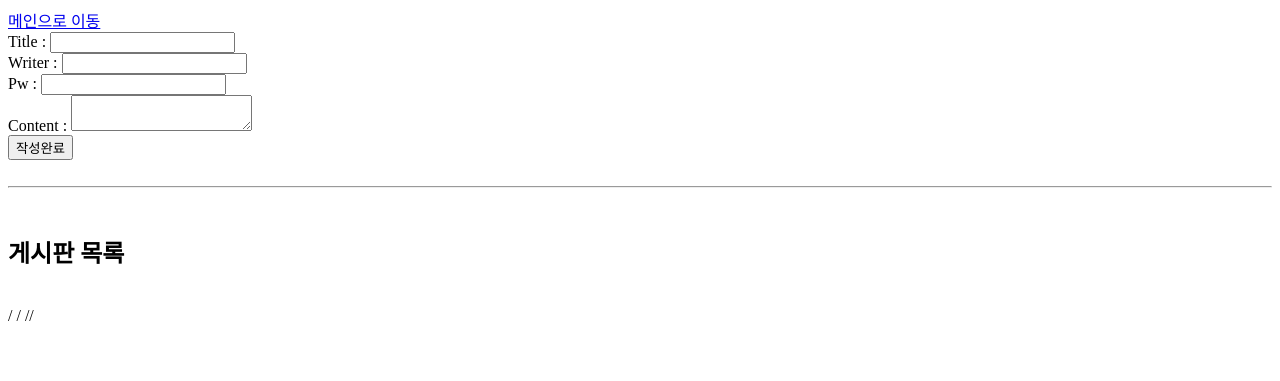
Repository: mmlyujin/Spring
Page: http://localhost/MVCHibernate/WEB-INF/views/board.jsp
These files come from the project's save history. The page is drawn as it stood at one moment and after the next save; the edit follows.
The browser window is 1280 px wide. The pictures show the whole page.
The page is served by Tomcat 9. Nobody is signed in. The template is opened directly, without the code that normally fills it, so the values that code supplies are empty.

Above is the page before, as saved 2022-10-31 03:13:33.

After the next save:
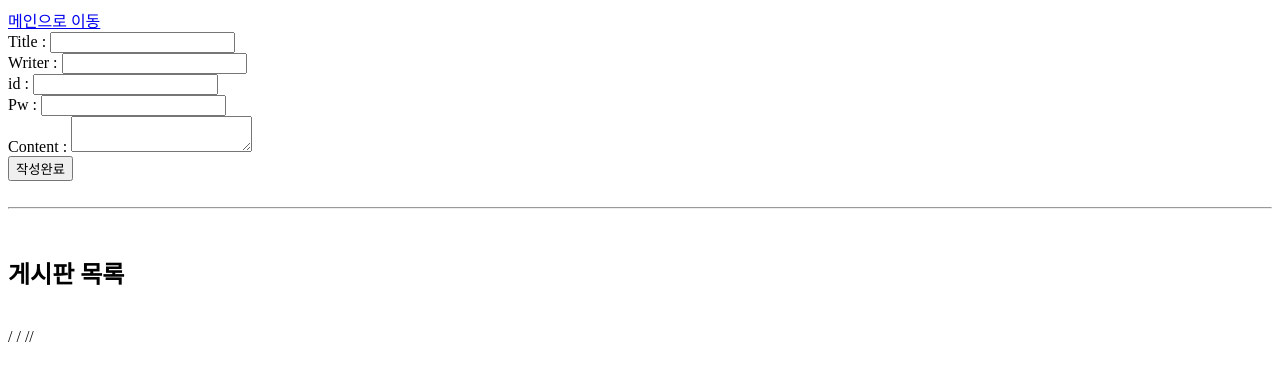
Saved 2 min 25 s later.
--- a/MVCHibernate/src/main/webapp/WEB-INF/views/board.jsp
+++ b/MVCHibernate/src/main/webapp/WEB-INF/views/board.jsp
@@ -11,6 +11,7 @@
 		<form action="insertData" method="post">
 		Title : <input type="text" name="title"><br>
 		Writer : <input type="text" name="writer"><br>
+		id : <input type="text" name="id"><br>
 		Pw : <input type="password" name="pw"><br>
 		Content : <textarea name="content"></textarea><br>
 		<input type="submit" value="작성완료">

After the save that followed:
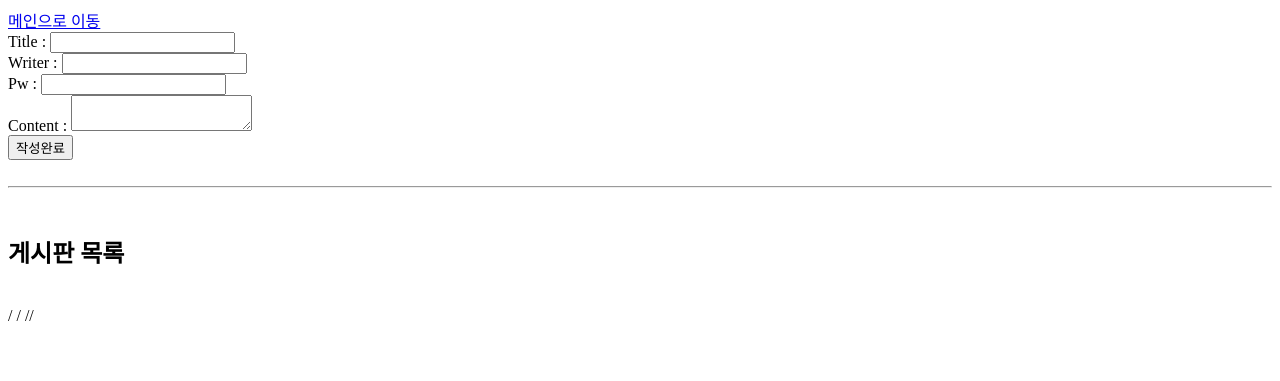
Saved 2 min 14 s later.
--- a/MVCHibernate/src/main/webapp/WEB-INF/views/board.jsp
+++ b/MVCHibernate/src/main/webapp/WEB-INF/views/board.jsp
@@ -11,7 +11,6 @@
 		<form action="insertData" method="post">
 		Title : <input type="text" name="title"><br>
 		Writer : <input type="text" name="writer"><br>
-		id : <input type="text" name="id"><br>
 		Pw : <input type="password" name="pw"><br>
 		Content : <textarea name="content"></textarea><br>
 		<input type="submit" value="작성완료">
